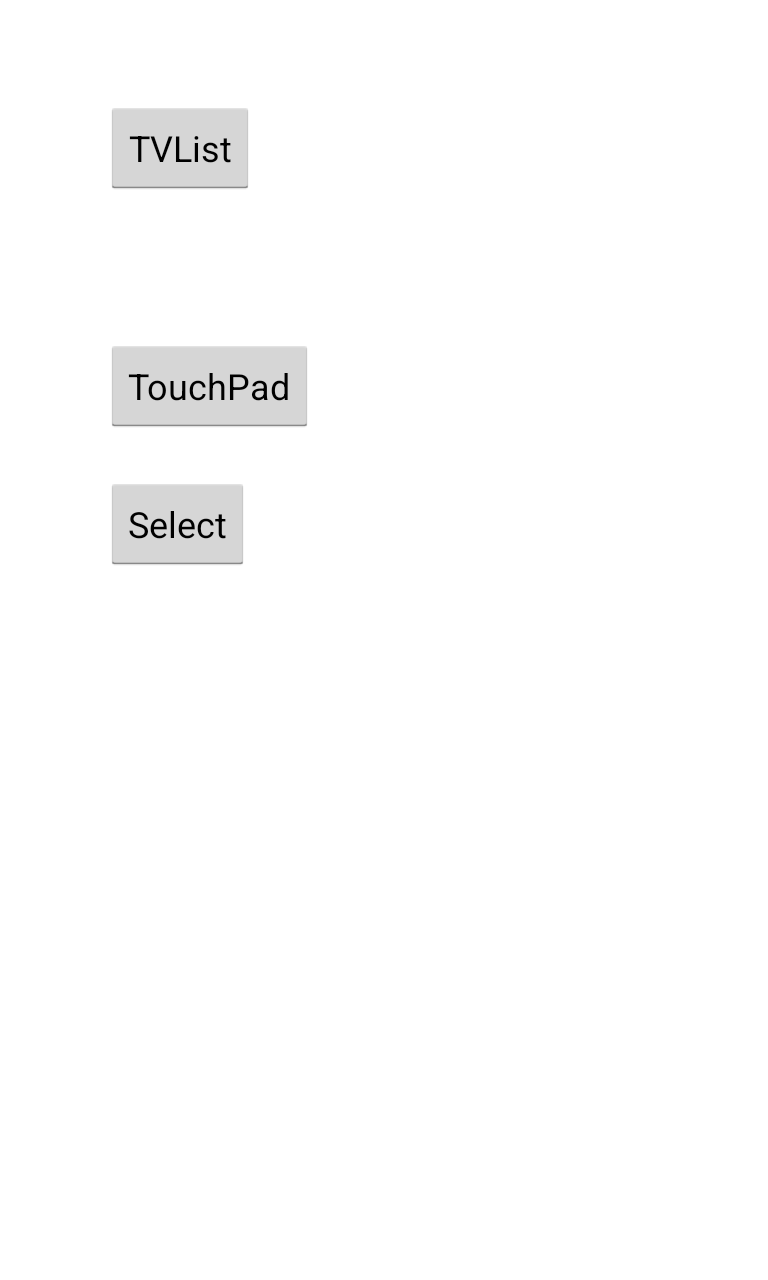
Repository: corestick/Beemote-Controler
Layout: Beemote-Controller/res/layout/activity_beemote.xml
These files come from the project's save history. The layout is drawn as it stood at one moment and after the next save; the edit follows.
It is drawn on a 768 x 1280 px phone screen (xhdpi) without system bars, with theme AppTheme; the app's code is not run.

Above is the layout before, as saved 2013-09-04 05:21:02.

After the next save:
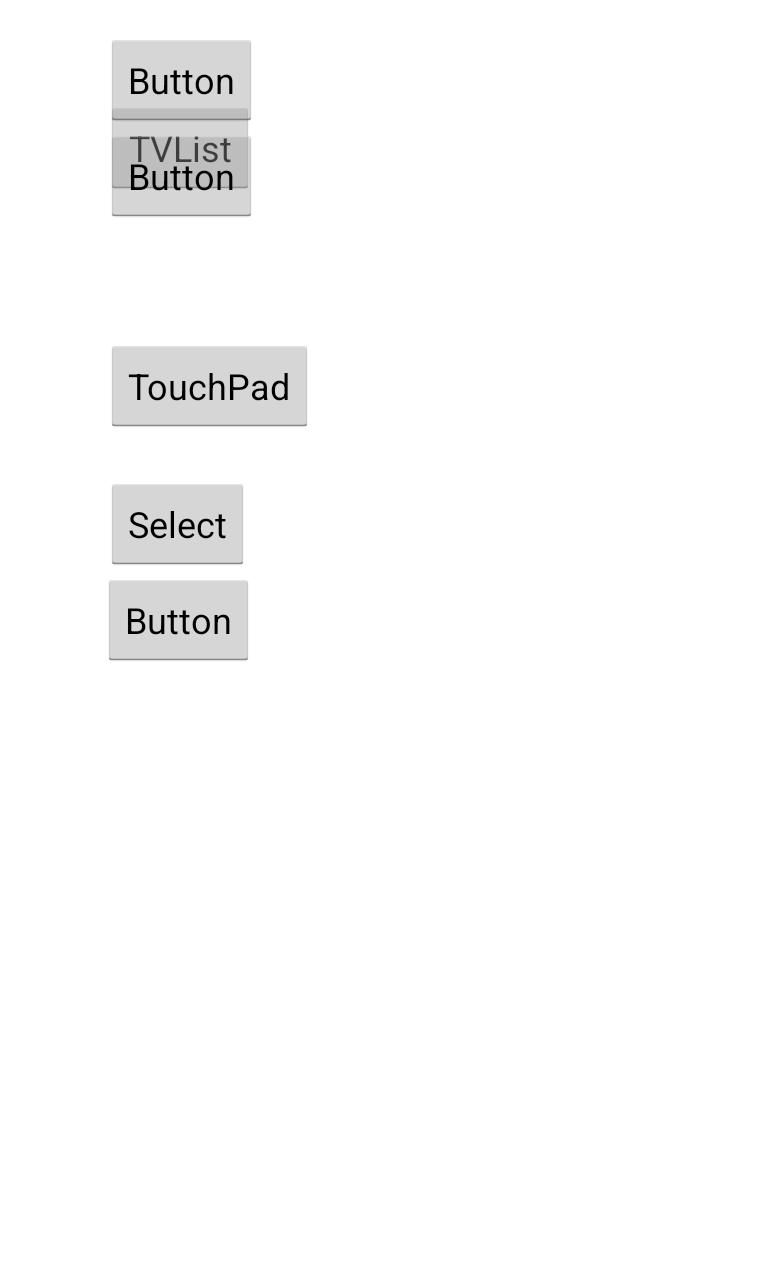
Saved 36 s later.
--- a/Beemote-Controller/res/layout/activity_beemote.xml
+++ b/Beemote-Controller/res/layout/activity_beemote.xml
@@ -36,4 +36,28 @@
         android:layout_marginTop="21dp"
         android:text="Select" />
 
+    <Button
+        android:id="@+id/btnDelete"
+        android:layout_width="wrap_content"
+        android:layout_height="wrap_content"
+        android:layout_alignRight="@+id/btnTVList"
+        android:layout_below="@+id/btnSelect"
+        android:text="Button" />
+
+    <Button
+        android:id="@+id/button2"
+        android:layout_width="wrap_content"
+        android:layout_height="wrap_content"
+        android:layout_alignLeft="@+id/btnSelect"
+        android:layout_below="@+id/button1"
+        android:text="Button" />
+
+    <Button
+        android:id="@+id/button3"
+        android:layout_width="wrap_content"
+        android:layout_height="wrap_content"
+        android:layout_alignLeft="@+id/button2"
+        android:layout_below="@+id/button2"
+        android:text="Button" />
+
 </RelativeLayout>
